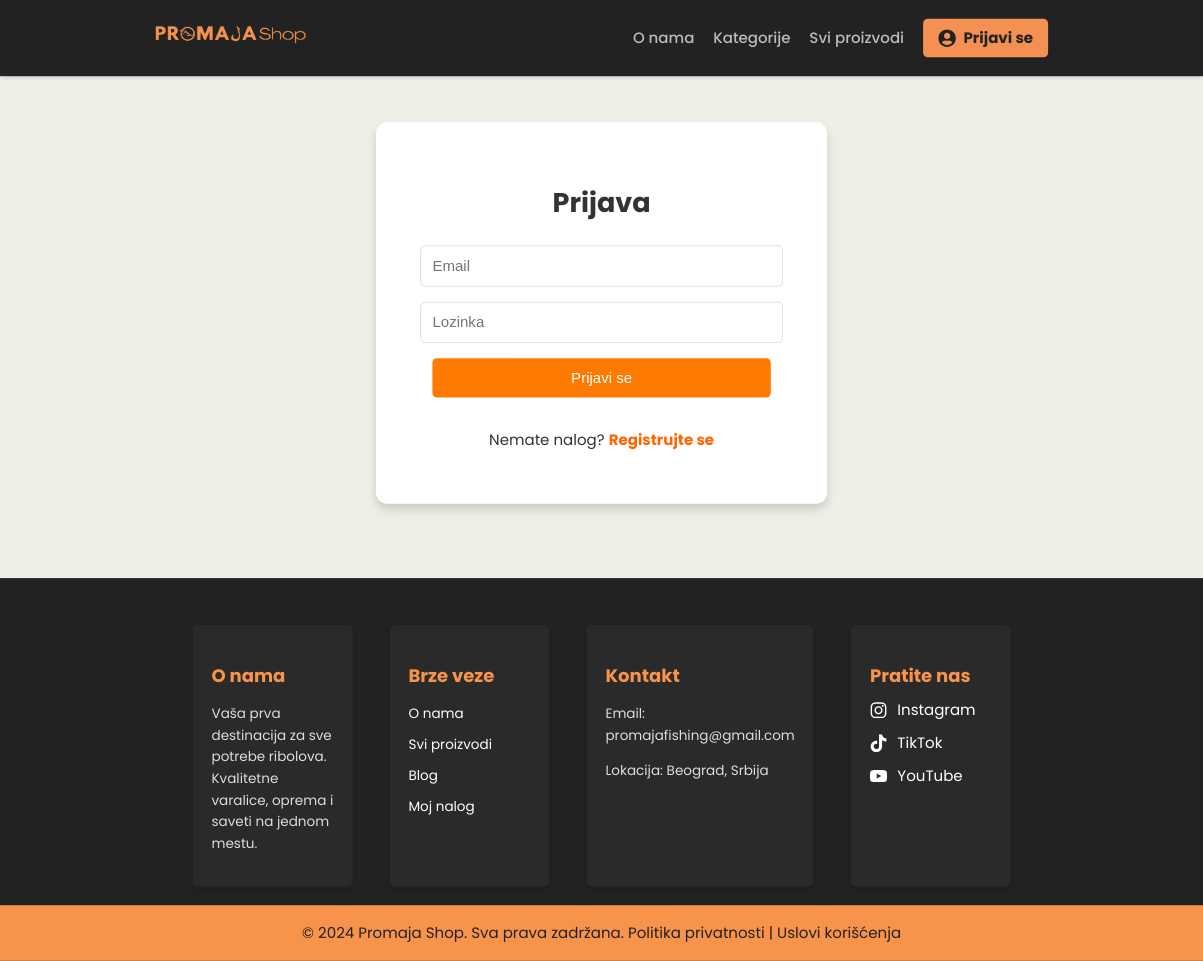
Repository: dimitrijekokovic/PromajaShopFront
Page: /login
The author's editor kept a copy of each file at every save. The page is drawn from the files as they stood at one save, then again after the next save.
The browser window is 1280 px wide. The pictures show the whole page, at 94% of full size.
The page's requests for data from a server got no answer. The project was rebuilt for these pictures with package versions that can differ from the ones it lists, and the page was loaded fresh each time. The framework's server and built-in components were replaced by stand-ins that run in the browser. No one was signed in, and anything a server would have sent is missing. Also part of the build but not shown: next.config.js, next.config.mjs.

Above is the page before, as saved 2025-02-22 19:13:48.

### pages/_app.js
import React, { useEffect } from "react";
import { SessionProvider } from "next-auth/react";
import { CartContextProvider } from "@/components/CartContext";
import AOS from "aos";
import "aos/dist/aos.css";
import { AnimatePresence, motion } from "framer-motion";
import { createGlobalStyle } from "styled-components";


const GlobalStyles = createGlobalStyle`
  body {
    background-color: #EFEFE8;
    padding: 0;
    margin: 0;
    font-family: 'Poppins', sans-serif;
  }
`;

export default function App({ Component, pageProps, router }) {
  useEffect(() => {
    AOS.init({
      duration: 1200, // Trajanje animacija
      once: true, // Animacije se dešavaju samo jednom
    });
  }, []);

  return (
    <>
    <GlobalStyles />
    <SessionProvider session={pageProps.session}>
      <CartContextProvider>
        <AnimatePresence mode="wait">
          <motion.div
             key={router.route}
             initial={{ opacity: 0, }}
             animate={{ opacity: 1, }}
             exit={{ opacity: 0 }}
             transition={{ duration: 0.3 }}
          >
            <Component {...pageProps} />
          </motion.div>
        </AnimatePresence>
      </CartContextProvider>
    </SessionProvider>
    </>
  );
}

### pages/_document.js
import Document, { Html, Head, Main, NextScript } from "next/document";
import { ServerStyleSheet } from "styled-components";

export default class MyDocument extends Document {
  static async getInitialProps(ctx) {
    const sheet = new ServerStyleSheet();
    const originalRenderPage = ctx.renderPage;

    try {
      ctx.renderPage = () =>
        originalRenderPage({
          enhanceApp: (App) => (props) =>
            sheet.collectStyles(<App {...props} />),
        });

      const initialProps = await Document.getInitialProps(ctx);
      return {
        ...initialProps,
        styles: (
          <>
            {initialProps.styles}
            {sheet.getStyleElement()}
          </>
        ),
      };
    } finally {
      sheet.seal();
    }
  }

  render() {
    return (
      <Html lang="en">
        <Head>
          <link
            href="https://fonts.googleapis.com/css2?family=Poppins:wght@400;500;700&display=swap'"
            rel="stylesheet"
          />
        </Head>
        <body>
          <Main />
          <NextScript />
        </body>
      </Html>
    );
  }
}

### pages/login.js
import { useState } from "react";
import axios from "axios";
import { useRouter } from "next/router";
import styled from "styled-components";
import Header from "@/components/Header";
import AuthLinks from "@/components/AuthLinks";
import {jwtDecode} from "jwt-decode";
import Footer from "@/components/Footer";

// Stilizovane komponente
const Container = styled.div`
  display: flex;
  justify-content: center;
  align-items: center;
  height: 70vh;
`;

const FormWrapper = styled.div`
  background: #fff;
  padding: 2.5rem;
  border-radius: 12px;
  box-shadow: 0 6px 10px rgba(0, 0, 0, 0.15);
  max-width: 400px;
  width: 100%;
  text-align: center;
  @media (max-width: 768px) {
  margin-left:25px;
  margin-right:25px;
  }
`;

const Title = styled.h2`
  margin-bottom: 1.5rem;
  color: #333;
  font-size: 1.8rem;
`;

const Input = styled.input`
  width: 90%;
  padding: 0.75rem;
  margin-bottom: 1rem;
  border: 1px solid #ddd;
  border-radius: 5px;
  font-size: 1rem;
  transition: border-color 0.3s;

  &:focus {
    border-color: #ff7a00;
    outline: none;
  }
`;

const Button = styled.button`
  width: 90%;
  padding: 0.75rem;
  background-color: #ff7a00;
  color: white;
  border: none;
  border-radius: 5px;
  font-size: 1rem;
  cursor: pointer;
  margin-bottom: 1rem;

  &:hover {
    background-color: #e56b00;
  }

  &:disabled {
    background-color: #ddd;
    cursor: not-allowed;
  }
`;

export default function LoginPage() {
  const [formData, setFormData] = useState({ email: "", password: "" });
  const [error, setError] = useState("");
  const [loading, setLoading] = useState(false);
  const router = useRouter();

  const handleChange = (e) => {
    const { name, value } = e.target;
    setFormData({ ...formData, [name]: value });
  };

  const handleSubmit = async (e) => {
    e.preventDefault();
    setLoading(true);
    setError("");

    try {
      const response = await axios.post("/api/customAuth/login", formData);

      if (response.status === 200) {
        const { token } = response.data;
        const decoded = jwtDecode(token);

        localStorage.setItem("token", token);
        localStorage.setItem("user", JSON.stringify(decoded));

        window.dispatchEvent(new Event("storage"));
        router.push("/");
      } else {
        setError("Došlo je do greške. Pokušajte ponovo.");
      }
    } catch (err) {
      setError(err.response?.data?.message || "Greška na serveru.");
    } finally {
      setLoading(false);
    }
  };

  return (
    <>
    <Header />
    <Container>
      <FormWrapper>
        <Title>Prijava</Title>
        <form onSubmit={handleSubmit}>
          <Input
            type="email"
            name="email"
            placeholder="Email"
            value={formData.email}
            onChange={handleChange}
            required
          />
          <Input
            type="password"
            name="password"
            placeholder="Lozinka"
            value={formData.password}
            onChange={handleChange}
            required
          />
          <Button type="submit" disabled={loading}>
            {loading ? "Prijavljivanje..." : "Prijavi se"}
          </Button>
          {error && <p style={{ color: "red", textAlign: "center" }}>{error}</p>}
        </form>
        <AuthLinks type="login" />
      </FormWrapper>
    </Container>
    <Footer />
    </>
  );
}

### components/CartContext.js
// CartContext.js
import { createContext, useEffect, useState, useContext } from "react";

export const CartContext = createContext({});

export function CartContextProvider({ children }) {
  const ls = typeof window !== "undefined" ? window.localStorage : null;
  const [cartProducts, setCartProducts] = useState([]);
  const [user, setUser] = useState(null);

  // Učitavanje podataka o korisniku iz localStorage prilikom inicijalizacije
  useEffect(() => {
    if (ls && ls.getItem("user")) {
      try {
        const storedUser = ls.getItem("user");
        if (storedUser !== "undefined") {
          const parsedUser = JSON.parse(storedUser);
          if (parsedUser?.email) {
            setUser(parsedUser); // Postavi korisnika samo ako je validan
          } else {
            console.warn("Neispravan korisnik u localStorage, uklanjam.");
            ls.removeItem("user");
          }
        } else {
          console.warn("Stored user je undefined, preskačem parsing.");
        }
      } catch (error) {
        console.error("Greška prilikom parsiranja korisnika iz localStorage:", error);
        ls.removeItem("user");
      }
    }
  }, [ls]);

  // Učitavanje proizvoda u korpi iz localStorage
  useEffect(() => {
    if (cartProducts?.length > 0) {
      ls?.setItem("cart", JSON.stringify(cartProducts));
    } else {
      ls?.removeItem("cart"); // Ako je korpa prazna, ukloni je iz localStorage
    }
  }, [cartProducts]);

  function addProduct(productId) {
    setCartProducts((prev) => [...prev, productId]);
  }

  function removeProduct(productId) {
    setCartProducts((prev) => {
      const pos = prev.indexOf(productId);
      if (pos !== -1) {
        return prev.filter((_, index) => index !== pos);
      }
      return prev;
    });
  }

  function clearCart() {
    setCartProducts([]);
    ls?.removeItem("cart"); // Obriši korpu iz localStorage
  }

  return (
    <CartContext.Provider
      value={{
        cartProducts,
        setCartProducts,
        addProduct,
        removeProduct,
        clearCart,
        user,
        setUser,
      }}
    >
      {children}
    </CartContext.Provider>
  );
}

export function useCart() {
  return useContext(CartContext);
}

### components/Header.js
import Link from "next/link";
import styled from "styled-components";
import Center from "./Center";
import Image from "next/image";
import { CartContext } from "./CartContext";
import { useContext, useState, useEffect } from "react";
import { FaUserCircle, FaShoppingCart } from "react-icons/fa";
import CategoriesDropdown from "./CategoriesDropdown";

const StyledHeader = styled.header`
  background-color: #222;
  color: #FFA500;
  padding: 20px 25px;
  box-shadow: 0 2px 5px rgba(0, 0, 0, 0.2);
  overflow: visible;
`;

const Wrapper = styled.div`
  display: flex;
  justify-content: space-between;
  align-items: center;
  position: relative;
`;

const StyledNav = styled.nav`
  display: flex;
  gap: 20px;
  align-items: center;
  overflow: visible;

  @media (max-width: 768px) {
    display: ${(props) => (props.open ? "flex" : "none")};
    flex-direction: column;
    position: absolute;
    top: 60px;
    left: 0;
    right: 0;
    background-color: #222;
    padding: 20px;
    border-radius: 0 0 10px 10px;
    z-index: 10;
    box-shadow: 0 2px 5px rgba(0, 0, 0, 0.3);
  }
`;

const NavLink = styled(Link)`
  color: #bbbbbb;
  text-decoration: none;
  font-size: 16px;
  font-weight: 500;
  line-height: 40px;
  display: flex;
  align-items: center;
  transition: color 0.3s ease;

  &:hover {
    color: #fff;
  }

  @media (max-width: 768px) {
    display: none; /* Sakrivamo korpu iz menija na telefonima */
  }
`;

const LoginButton = styled(Link)`
  display: flex;
  align-items: center;
  justify-content: center;
  padding: 8px 16px;
  background-color: #f39052;
  color: #222222;
  text-decoration: none;
  border-radius: 5px;
  font-weight: bold;
  font-size: 16px;
  transition: background-color 0.3s ease;

  &:hover {
    background-color: #e69500;
  }

  svg {
    margin-right: 8px;
    font-size: 1.2rem;
  }
`;

const HamburgerMenu = styled.div`
  display: none;
  flex-direction: column;
  gap: 5px;
  cursor: pointer;

  div {
    width: 25px;
    height: 3px;
    background-color: #fff;
    border-radius: 2px;
  }

  @media (max-width: 768px) {
    display: flex;
  }
`;

/* Ikonica korpe samo za mobilne uređaje */
const MobileCartIcon = styled(Link)`
  display: none;
  color: #FFA500;
  font-size: 22px;
  position: absolute;
  left: 15px;

  @media (max-width: 768px) {
    display: flex;
    align-items: center;
  }
`;

const LogoWrapper = styled.div`
  max-width: 160px;

  @media (max-width: 768px) {
    max-width: 140px;
  }

  img {
    width: 100%;
    height: auto;
  }
`;

export default function Header() {
  const { cartProducts } = useContext(CartContext);
  const [isLoggedIn, setIsLoggedIn] = useState(false);
  const [menuOpen, setMenuOpen] = useState(false);

  useEffect(() => {
    const token = localStorage.getItem("token");
    setIsLoggedIn(!!token);
  }, []);

  return (
    <StyledHeader>
      <Center>
        <Wrapper>
          {/* Ikonica korpe samo za telefone */}
          <MobileCartIcon href="/cart">
            <FaShoppingCart />
          </MobileCartIcon>

          {/* Logo */}
          <Link href="/">
            <LogoWrapper>
              <Image
                src="/logo.png"
                alt="PromajaShop Logo"
                width={240}
                height={40}
                priority
              />
            </LogoWrapper>
          </Link>

          {/* Hamburger meni */}
          <HamburgerMenu onClick={() => setMenuOpen(!menuOpen)}>
            <div />
            <div />
            <div />
          </HamburgerMenu>

          {/* Navigacija */}
          <StyledNav open={menuOpen}>
            <NavLink href="/aboutus">O nama</NavLink>
            <CategoriesDropdown />
            <NavLink href="/products">Svi proizvodi</NavLink>
            {/* Obrisali smo Korpu iz ovog dela jer je sada ikonca iznad */}

            {isLoggedIn ? (
              <LoginButton href="/account">
                <FaUserCircle /> Moj nalog
              </LoginButton>
            ) : (
              <LoginButton href="/login">
                <FaUserCircle /> Prijavi se
              </LoginButton>
            )}
          </StyledNav>
        </Wrapper>
      </Center>
    </StyledHeader>
  );
}

### components/AuthLinks.js
import styled from "styled-components";
import Link from "next/link";

const StyledLink = styled(Link)`
  color: #ff6600; // narandžasta boja
  font-weight: bold; // bold slova
  text-decoration: none; // uklanja podvlačenje

  &:hover {
    color: #ff4500; // tamnija nijansa narandžaste za hover efekat
  }
`;

const TextWrapper = styled.p`
  font-size: 1rem;
  color: #333; // tamnosiva boja
  text-align: center;
`;

// Komponenta koja se prilagođava na osnovu tipa (register/login)
export default function AuthLinks({ type }) {
  return (
    <>
      {type === "register" ? (
        <TextWrapper>
          Već imate nalog? <StyledLink href="/login">Prijavite se</StyledLink>
        </TextWrapper>
      ) : (
        <TextWrapper>
          Nemate nalog? <StyledLink href="/register">Registrujte se</StyledLink>
        </TextWrapper>
      )}
    </>
  );
}

### components/Footer.js
import Link from "next/link";
import styled from "styled-components";
import { FaInstagram, FaYoutube, FaTiktok } from "react-icons/fa";
import Center from "./Center";

const FooterContainer = styled.footer`
  background-color: #222;
  color: #fff;
  padding-top: 30px;
  margin-top:30px;
`;

const FooterContent = styled.div`
  display: grid;
  grid-template-columns: repeat(4, 1fr);
  gap: 40px;
  max-width: 1200px;
  margin: 0 auto;
  padding: 20px 40px;

  @media (max-width: 768px) {
    grid-template-columns: repeat(2, 1fr);
    gap: 20px;
  }

  @media (max-width: 480px) {
    grid-template-columns: 1fr;
    gap: 10px;
  }
`;


const FooterSection = styled.div`
  background-color: #2a2a2a; /* Tamnija pozadina unutar sekcija */
  padding: 20px;
  border-radius: 5px; /* Blagi zaobljeni uglovi */
  box-shadow: 0 4px 6px rgba(0, 0, 0, 0.1); /* Blagi efekat senke */

  h3 {
    margin-bottom: 10px;
    font-size: 1.2rem;
    text-align: left;
    color: #f7934b; /* Narandžasta za naslove */
  }

  p, ul {
    font-size: 0.9rem;
    line-height: 1.6;
    text-align: left;
    color: #ddd; /* Svetliji tekst */
  }

  ul {
    list-style: none;
    padding: 0;
  }

  li {
    margin-bottom: 10px;

    a {
      color: #fff;
      text-decoration: none;
      transition: color 0.3s ease; /* Tranzicija za hover efekat */

      &:hover {
        color: #ff6600; /* Promena boje na hover */
      }
    }
  }
`;

const SocialLinks = styled.div`
  display: flex;
  flex-direction: column;
  align-items: flex-start;

  a {
    display: flex;
    align-items: center;
    gap: 10px;
    margin-bottom: 10px;
    color: #fff;
    text-decoration: none;
    transition: color 0.3s ease; /* Tranzicija za hover efekat */

    &:hover {
      color: #f7934b; /* Promena boje na hover */
    }

    svg {
      font-size: 1.2rem;
    }
  }
`;


const LegalSection = styled.div`
  background-color: #f7934b;
  text-align: center;
  padding: 1px;
  color: #222222;
  font-size: 1rem; /* Povećan font */

  a {
    color: #222222;
    text-decoration: none;

    &:hover {
      text-decoration: underline;
    }
  }
`;

export default function Footer() {
    return (
      <FooterContainer>
        <Center>
        <FooterContent>
          <FooterSection>
            <h3>O nama</h3>
            <p>
              Vaša prva destinacija za sve potrebe ribolova. Kvalitetne varalice,
              oprema i saveti na jednom mestu.
            </p>
          </FooterSection>

          {/* Linkovi */}
          <FooterSection>
            <h3>Brze veze</h3>
            <ul>
              <li>
                <Link href="/aboutus" legacyBehavior>
                  <a>O nama</a>
                </Link>
              </li>
              <li>
                <Link href="/products" legacyBehavior>
                  <a>Svi proizvodi</a>
                </Link>
              </li>
              <li>
                <Link href="/blog" legacyBehavior>
                  <a>Blog</a>
                </Link>
              </li>
              <li>
                <Link href="/account" legacyBehavior>
                  <a>Moj nalog</a>
                </Link>
              </li>
            </ul>
          </FooterSection>

          {/* Kontakt informacije */}
          <FooterSection>
          <h3>Kontakt</h3>
          <p>Email: promajafishing@gmail.com</p>
          <p>Lokacija: Beograd, Srbija</p>
          </FooterSection>

          {/* Društvene mreže */}
          <FooterSection>
            <h3>Pratite nas</h3>
            <SocialLinks>
            <Link  href="https://www.instagram.com/promajafishing/" legacyBehavior>
                <a target="_blank">
                  <FaInstagram /> Instagram
                </a>
              </Link>
              <Link href="https://www.tiktok.com/@promajafishing?lang=en" legacyBehavior>
                <a target="_blank">
                  <FaTiktok /> TikTok
                </a>
              </Link>

              <Link href="https://www.youtube.com/@PromajaFishing" legacyBehavior>
                <a target="_blank">
                  <FaYoutube /> YouTube
                </a>
              </Link>
            </SocialLinks>
          </FooterSection>
        </FooterContent>
        </Center>
        {/* Pravna napomena */}
        <LegalSection>
          <p>
            &copy; 2024 Promaja Shop. Sva prava zadržana.{" "}
            <Link href="/privatnost" legacyBehavior>
              <a>Politika privatnosti</a>
            </Link>{" "}
            |{" "}
            <Link href="/uslovi" legacyBehavior>
              <a>Uslovi korišćenja</a>
            </Link>
          </p>
        </LegalSection>
      </FooterContainer>
    );
  }

### components/Center.js
import { Children } from "react";
import styled from "styled-components";

const StyledDiv = styled.div`
  max-width: 950px;
  margin: 0 auto;
  padding: 0;
  width: 100%;

  @media (max-width: 768px) {
    max-width: 100%;
  }
`;

export default function Center({ children }) {
  return <StyledDiv>{children}</StyledDiv>;
}

Loaded but not shown: components/CategoriesDropdown.js (276 lines, source omitted)

After the next save:
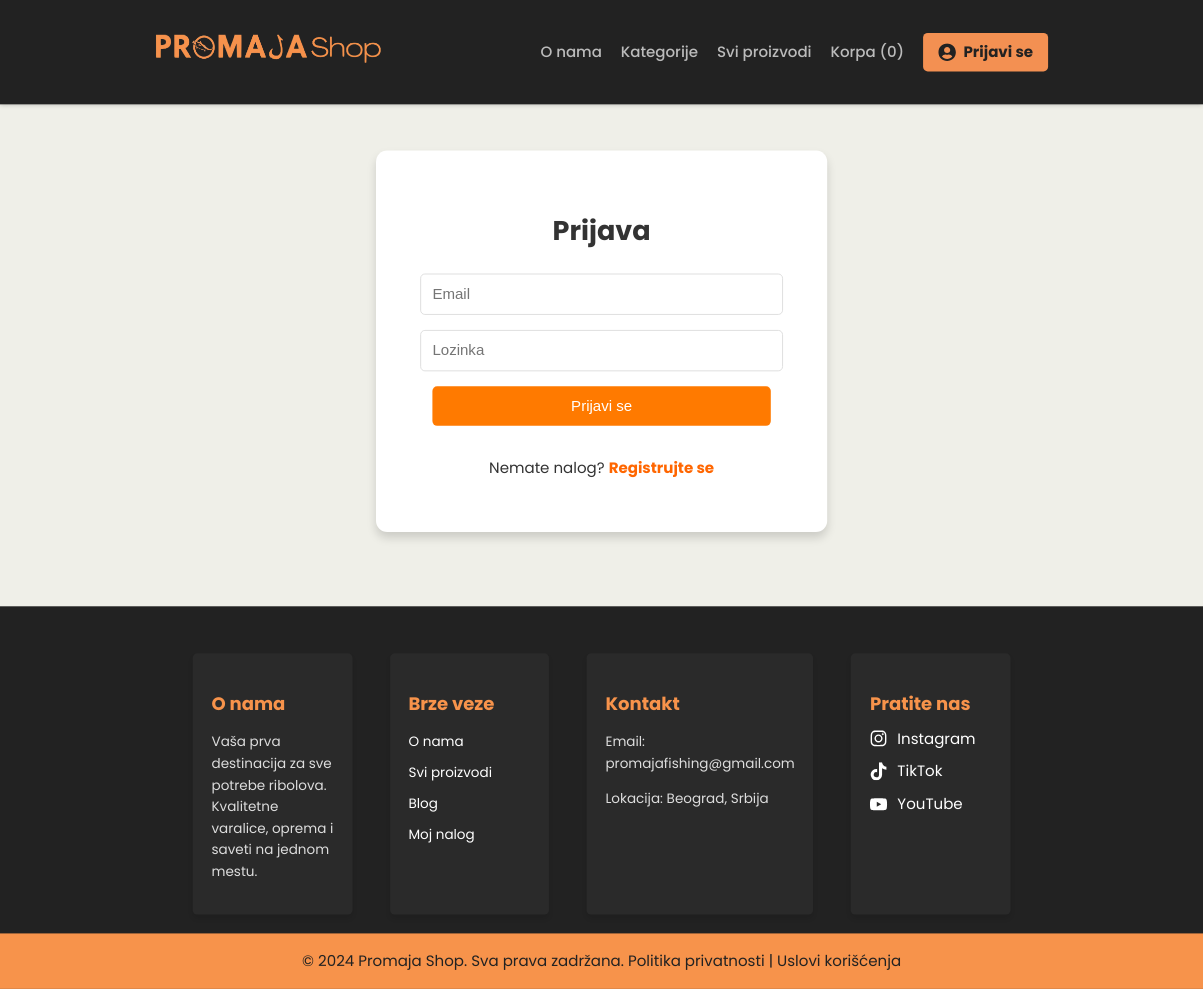
Saved 24 h 1 min later.
--- a/components/Header.js
+++ b/components/Header.js
@@ -4,35 +4,34 @@ import Center from "./Center";
 import Image from "next/image";
 import { CartContext } from "./CartContext";
 import { useContext, useState, useEffect } from "react";
-import { FaUserCircle, FaShoppingCart } from "react-icons/fa";
+import { FaUserCircle } from "react-icons/fa";
 import CategoriesDropdown from "./CategoriesDropdown";
 
 const StyledHeader = styled.header`
   background-color: #222;
   color: #FFA500;
-  padding: 20px 25px;
+  padding: 35px 25px;
   box-shadow: 0 2px 5px rgba(0, 0, 0, 0.2);
-  overflow: visible;
+  overflow: visible; /* Postavi ovako ako postoji problem */
 `;
 
 const Wrapper = styled.div`
   display: flex;
   justify-content: space-between;
   align-items: center;
-  position: relative;
 `;
 
 const StyledNav = styled.nav`
   display: flex;
   gap: 20px;
   align-items: center;
-  overflow: visible;
+  overflow: visible; /* Dodaj ovo */
 
   @media (max-width: 768px) {
     display: ${(props) => (props.open ? "flex" : "none")};
     flex-direction: column;
     position: absolute;
-    top: 60px;
+    top: 70px;
     left: 0;
     right: 0;
     background-color: #222;
@@ -55,10 +54,6 @@ const NavLink = styled(Link)`
 
   &:hover {
     color: #fff;
-  }
-
-  @media (max-width: 768px) {
-    display: none; /* Sakrivamo korpu iz menija na telefonima */
   }
 `;
 
@@ -103,25 +98,11 @@ const HamburgerMenu = styled.div`
   }
 `;
 
-/* Ikonica korpe samo za mobilne uređaje */
-const MobileCartIcon = styled(Link)`
-  display: none;
-  color: #FFA500;
-  font-size: 22px;
-  position: absolute;
-  left: 15px;
+const LogoWrapper = styled.div`
+  max-width: 150px;
 
   @media (max-width: 768px) {
-    display: flex;
-    align-items: center;
-  }
-`;
-
-const LogoWrapper = styled.div`
-  max-width: 160px;
-
-  @media (max-width: 768px) {
-    max-width: 140px;
+    max-width: 120px;
   }
 
   img {
@@ -144,37 +125,25 @@ export default function Header() {
     <StyledHeader>
       <Center>
         <Wrapper>
-          {/* Ikonica korpe samo za telefone */}
-          <MobileCartIcon href="/cart">
-            <FaShoppingCart />
-          </MobileCartIcon>
-
-          {/* Logo */}
           <Link href="/">
-            <LogoWrapper>
-              <Image
-                src="/logo.png"
-                alt="PromajaShop Logo"
-                width={240}
-                height={40}
-                priority
-              />
-            </LogoWrapper>
+            <Image
+              src="/logo.png"
+              alt="PromajaShop Logo"
+              width={240}
+              height={30}
+              priority
+            />
           </Link>
-
-          {/* Hamburger meni */}
           <HamburgerMenu onClick={() => setMenuOpen(!menuOpen)}>
             <div />
             <div />
             <div />
           </HamburgerMenu>
-
-          {/* Navigacija */}
           <StyledNav open={menuOpen}>
             <NavLink href="/aboutus">O nama</NavLink>
             <CategoriesDropdown />
             <NavLink href="/products">Svi proizvodi</NavLink>
-            {/* Obrisali smo Korpu iz ovog dela jer je sada ikonca iznad */}
+            <NavLink href="/cart">Korpa ({cartProducts?.length || 0})</NavLink>
 
             {isLoggedIn ? (
               <LoginButton href="/account">
